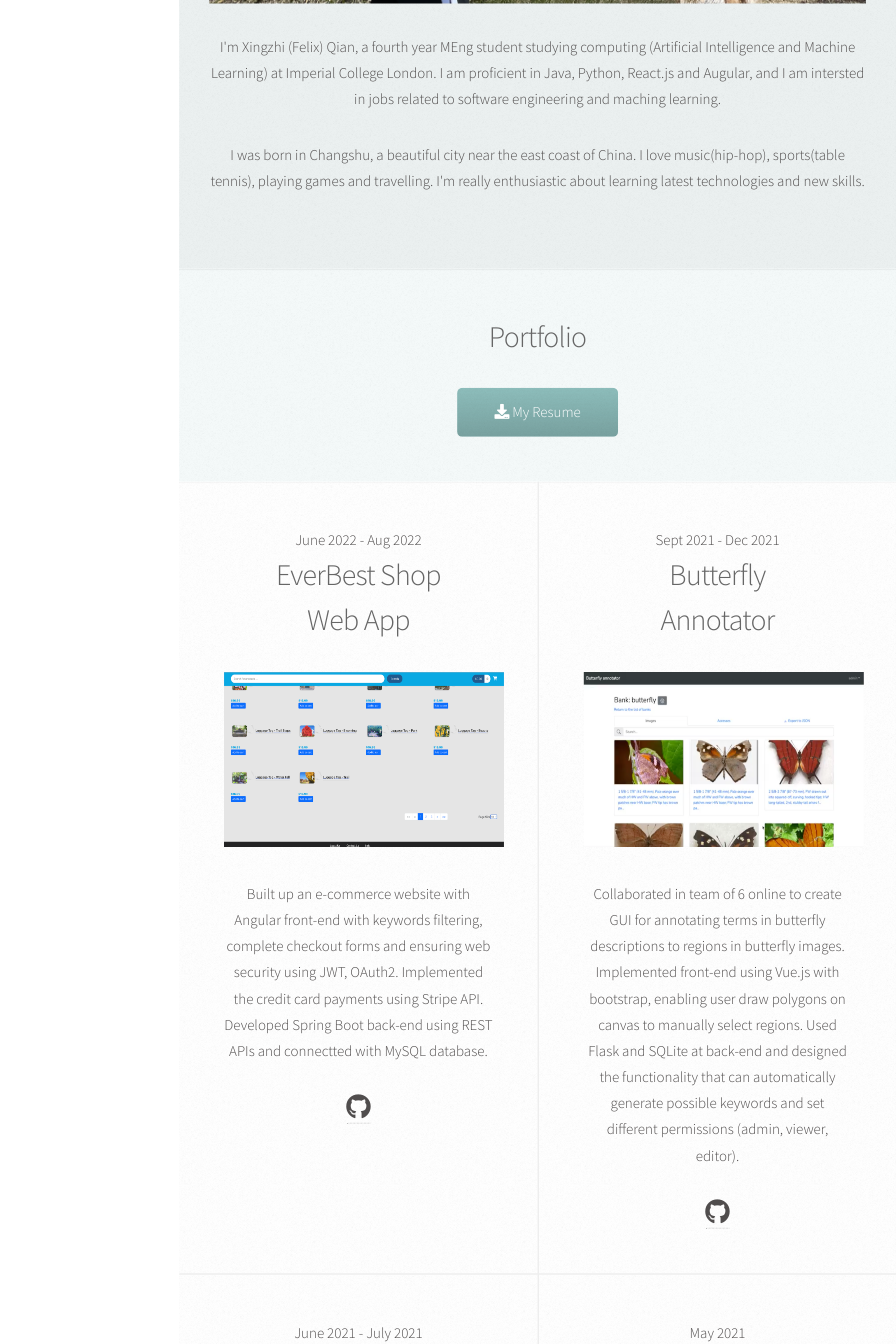
Repository: Felixqxz/Felixqxz.github.io
Page: index.html
These files come from the project's save history. The page is drawn as it stood at one moment and after the next save; the edit follows.
The browser window is 1280 px wide. The pictures show the part of the page from y = 1390 to 3310 px (the page is 5910 px tall before and 5947 px after), at 70% of full size.

Above is the page before, as saved 2022-08-04 23:18:00.

### index.html
<!DOCTYPE HTML>
<!--
	Prologue by HTML5 UP
	html5up.net | @ajlkn
	Free for personal and commercial use under the CCA 3.0 license (html5up.net/license)
-->
<html>
	<head>
		<title>Felix's Portfolio</title>
		<meta charset="utf-8" />
		<meta name="viewport" content="width=device-width, initial-scale=1, user-scalable=no" />
		<link rel="stylesheet" href="assets/css/main.css" />
	</head>
	<body class="is-preload">

		<!-- Header -->
			<div id="header">

				<div class="top">

					<!-- Logo -->
						<div id="logo">
							<span class="image avatar48"><img src="images/avatar.jpg" alt="" /></span>
							<h1 id="title">Xingzhi Qian</h1>
							<p>Imperial College London</p>
						</div>

					<!-- Nav -->
						<nav id="nav">
							<ul>
								<li><a href="#top" id="top-link"><span class="icon solid fa-home">Intro</span></a></li>
								<li><a href="#about" id="about-link"><span class="icon solid fa-user">About Me</span></a></li>
								<li><a href="#portfolio" id="portfolio-link"><span class="icon solid fa-th">Portfolio</span></a></li>
								<!-- <li><a href="#contact" id="contact-link"><span class="icon solid fa-envelope">Contact</span></a></li> -->
							</ul>
						</nav>

				</div>

				<div class="bottom">

					<!-- Social Icons -->
						<ul class="icons">
							<li><a href="https://github.com/Felixqxz" class="icon brands fa-github"><span class="label">Github</span></a></li>
							<li><a href="https://www.linkedin.com/in/felixqian" class="icon brands fa-linkedin"><span class="label">LinkedIn</span></a></li>
							<li><a href="mailto: xingzhi.qian19@imperial.ac.uk" class="icon solid fa-envelope"><span class="label">Email</span></a></li>
							<li><a href="https://www.instagram.com/felix_qxz" class="icon brands fa-instagram"><span class="label">Instagram</span></a></li>
						</ul>

				</div>

			</div>

		<!-- Main -->
			<div id="main">

				<!-- Intro -->
					<section id="top" class="one dark cover">
						<div class="container">

							<header>
								<h2 class="alt"> <strong> Hi! I'm Xingzhi (Felix), </strong></h2>
								<h2><strong>a fourth year MEng Computing student at</strong></h2>
								<h2><strong>Imperial College London</strong></h2>
							</header>

							<footer>
								<a href="#about" class="button scrolly">Explore more</a>
							</footer>

						</div>
					</section>


					<!-- About Me -->
					<section id="about" class="three">
						<div class="container">

							<header>
								<h2>About Me</h2>
							</header>

							<a href="#" class="image featured"><img src="images/photo.jpeg" alt="" /></a>

							<p>I'm Xingzhi (Felix) Qian, a fourth year MEng student studying computing (Artificial Intelligence and Machine Learning)
								at Imperial College London. I am proficient in Java, Python, React.js and Augular, and I am intersted in jobs related to software engineering
							and maching learning. </p>
							<p>I was born in Changshu, a beautiful city near the east coast of China. I love music(hip-hop), sports(table tennis),
								 playing games and travelling.
								I'm really enthusiastic about learning latest technologies and new skills.
							</p>

						</div>
					</section>

					<!-- Portfolio -->
					<section id="portfolio" class="two">
						<div class="container">

							<header>
								<h2>Portfolio</h2>
							</header>

							<a href="assets/CV.pdf" class="button" target="_blank"><i class="fa fa-download"></i>  My Resume</a>

						</div>
					</section>

					<section class="posts">
						<article>
							<header>
								<span class="date">June 2022 - Aug 2022</span>
								<h2>EverBest Shop<br />
								Web App</a></h2>
							</header>
							<img src="images/E-Commerce.jpg" width="400" height="250" alt="" /><br><br>
							<p>Built up an e-commerce website with Angular front-end with keywords filtering,
								complete checkout forms and ensuring web security using JWT, OAuth2. Implemented the credit card payments using Stripe API.
								Developed Spring Boot back-end using REST APIs and connectted with MySQL database.
							</p>
							<a href="https://github.com/Felixqxz/e-commerce" class="icon brands fa-github" style="font-size:36px"><span class="label">Github</span></a>
						</article>
						<article>
							<header>
								<span class="date">Sept 2021 - Dec 2021</span>
								<h2>Butterfly<br />
								Annotator</a></h2>
							</header>
							<img src="images/butterfly.jpg" width="400" height="250" alt="" /><br><br>
							<p>Collaborated in team of 6 online to create GUI for annotating terms in butterfly descriptions to regions in butterfly images.
							Implemented front-end using Vue.js with bootstrap, enabling user draw polygons on canvas to manually select regions.
							Used Flask and SQLite at back-end and designed the functionality that can automatically generate possible
							keywords and set different permissions (admin, viewer, editor).
							</p>
							<a href="https://github.com/Felixqxz/butterfly-annotator" class="icon brands fa-github" style="font-size:36px"><span class="label">Github</span></a>
						</article>
						<article>
							<header>
								<span class="date">June 2021 - July 2021</span>
								<h2>Personal<br />
								Blog</h2>
							</header>
							<img src="images/personal-blog.jpeg"  width="400" height="250" alt="" /><br><br>
							<p>Created and built up the personal blog that enables different users to add their own blogs with Markdown format.
								Implemented front-end using Vue with element-UI, and back-end using Spring boot with MySQL. Used JWT (JSON Web Tokens) to ensure
								security between front-end and back-end.
							</p><br><br>
							<a href="https://github.com/Felixqxz/blog" class="icon brands fa-github" style="font-size:36px"><span class="label">Github</span></a>
						</article>
						<article>
							<header>
								<span class="date">May 2021</span>
								<h2>Online Platform for<br />
									 Chinese Students at Imperial</h2>
							</header>
							<img src="images/ios.jpg" width="300" height="400" alt="" /><br><br>
							<p>Built up a mobile app that provides a platform for Chinese students at Imperial College to post problem that they would like to ask or share.
								Interviewed a few Chinese students in different years at Imperial and improved the software based on their feedback during the project iterations.
								Implemented using Swift for both front-end and back-end with Firebase as cloud-based NoSQL database.

							</p><br><br>
							<a href="https://github.com/Felixqxz/drp" class="icon brands fa-github" style="font-size:36px"><span class="label">Github</span></a>
						</article>
						<article>
							<header>
								<span class="date">Oct 2020 - Dec 2020</span>
								<h2>WACC<br />
								Compiler</h2>
							</header>
							<img src="images/wacc.png" width="400" height="250" alt="" /><br><br>
							<p>Worked in team of 4 online to build up Wacc compiler that generates assembly code using Java. Wacc is a simple language for educational purposes.
								Generated the language parser and constructed abstract syntax tree using ANTLR tool.
								Allowed for syntax and semantic checking of inputs and generate error messages according to both syntax and semantic error.


							</p><br><br>
							<a href="https://github.com/Felixqxz/Wacc" class="icon brands fa-github" style="font-size:36px"><span class="label">Github</span></a>
						</article>
						<article>
							<header>
								<span class="date">June 2018 - July 2018</span>
								<h2>Cataracts Classification<br /> Using SqueezeNet</h2>
							</header>
							<img src="images/cataracts.jpeg" width="400" height="250" alt="" /><br><br>
							<p>Used SqueezeNet, a deep neural network with few parameters, on cataracts classification that can help
								ophthalmologists diagnose different types of cataracts with images, achieving accuracy on test data at 96.1%.
								Generated and applied data augmentation to preprocess data for labeled datasets, and trained model with
								transfer learning using Keras and TensorFlow.
								Came up with the idea from volunteering in ophthalmology department and finding it took ophthalmologists
								time to diagnose different types of cataracts.


							</p>
							<a href="https://github.com/Felixqxz/cataracts-classification" class="icon brands fa-github" style="font-size:36px"><span class="label">Github</span></a>
						</article>
					</section>



				<!-- Contact -->
					<!-- <section id="contact" class="four">
						<div class="container">

							<header>
								<h2>Contact</h2>
							</header>

							<p>Elementum sem parturient nulla quam placerat viverra
							mauris non cum elit tempus ullamcorper dolor. Libero rutrum ut lacinia
							donec curae mus. Eleifend id porttitor ac ultricies lobortis sem nunc
							orci ridiculus faucibus a consectetur. Porttitor curae mauris urna mi dolor.</p>

							<form method="post" action="#">
								<div class="row">
									<div class="col-6 col-12-mobile"><input type="text" name="name" placeholder="Name" /></div>
									<div class="col-6 col-12-mobile"><input type="text" name="email" placeholder="Email" /></div>
									<div class="col-12">
										<textarea name="message" placeholder="Message"></textarea>
									</div>
									<div class="col-12">
										<input type="submit" value="Send Message" />
									</div>
								</div>
							</form>

						</div>
					</section> -->

			</div>

		<!-- Footer -->
			<div id="footer">

				<!-- Copyright -->
					<ul class="copyright">
						<li>&copy; Copyright © 2022 Xingzhi Qian All Rights Reserved.</li><br>
						<li>&copy; Created by Xingzhi Qian </li>
					</ul>

			</div>

		<!-- Scripts -->
			<script src="assets/js/jquery.min.js"></script>
			<script src="assets/js/jquery.scrolly.min.js"></script>
			<script src="assets/js/jquery.scrollex.min.js"></script>
			<script src="assets/js/browser.min.js"></script>
			<script src="assets/js/breakpoints.min.js"></script>
			<script src="assets/js/util.js"></script>
			<script src="assets/js/main.js"></script>

	</body>
</html>

Loaded but not shown: assets/css/fontawesome-all.min.css (library); assets/js/jquery.min.js (library); assets/js/jquery.scrolly.min.js (common file); assets/js/jquery.scrollex.min.js (common file); assets/js/browser.min.js (common file); assets/js/breakpoints.min.js (common file); assets/js/util.js (587 lines, source omitted); assets/js/main.js (123 lines, source omitted); assets/css/main.css (2800 lines, source omitted)

After the next save:
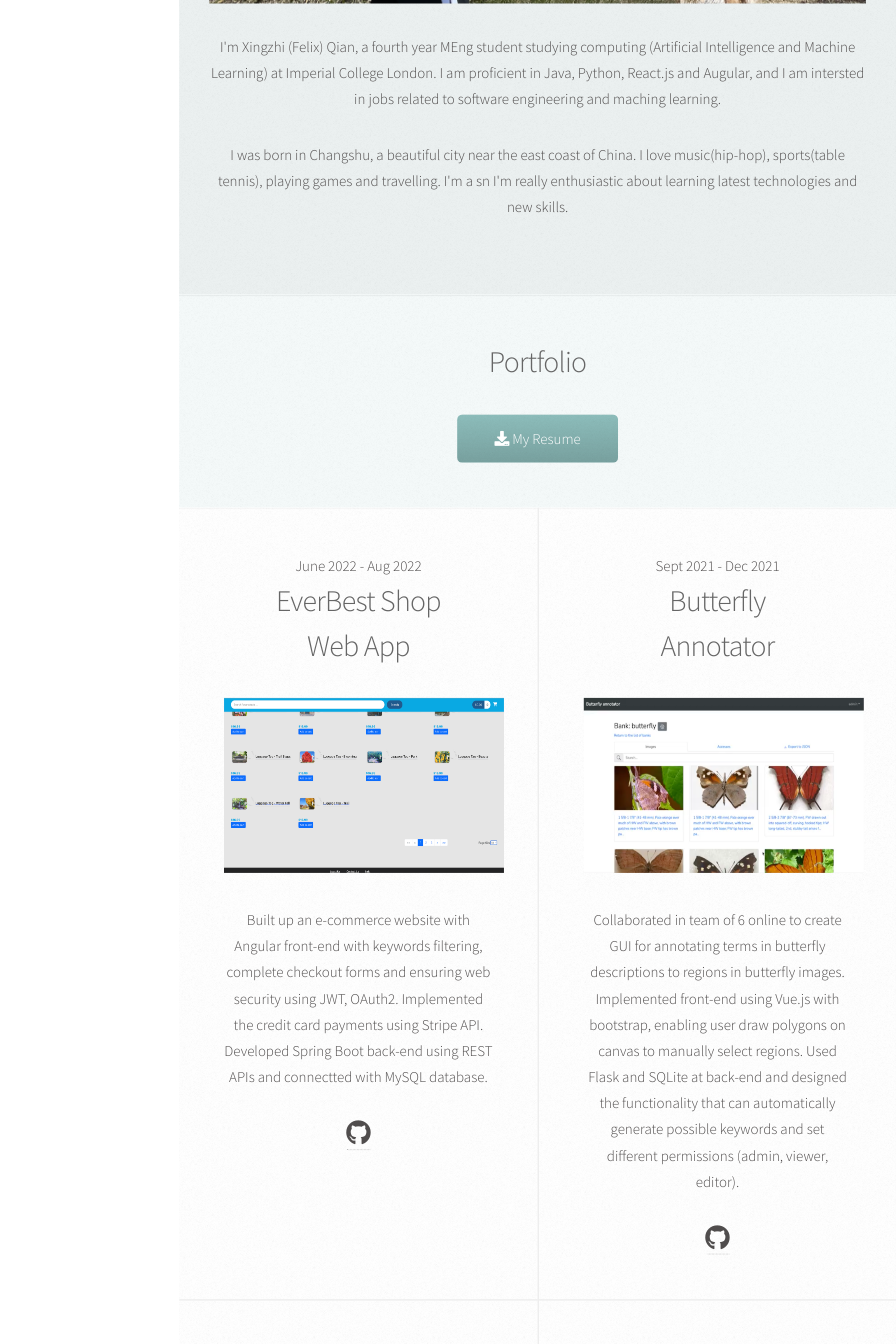
Saved 37 s later.
--- a/index.html
+++ b/index.html
@@ -86,7 +86,7 @@
 								at Imperial College London. I am proficient in Java, Python, React.js and Augular, and I am intersted in jobs related to software engineering
 							and maching learning. </p>
 							<p>I was born in Changshu, a beautiful city near the east coast of China. I love music(hip-hop), sports(table tennis),
-								 playing games and travelling.
+								 playing games and travelling. I'm a sn
 								I'm really enthusiastic about learning latest technologies and new skills.
 							</p>
 
